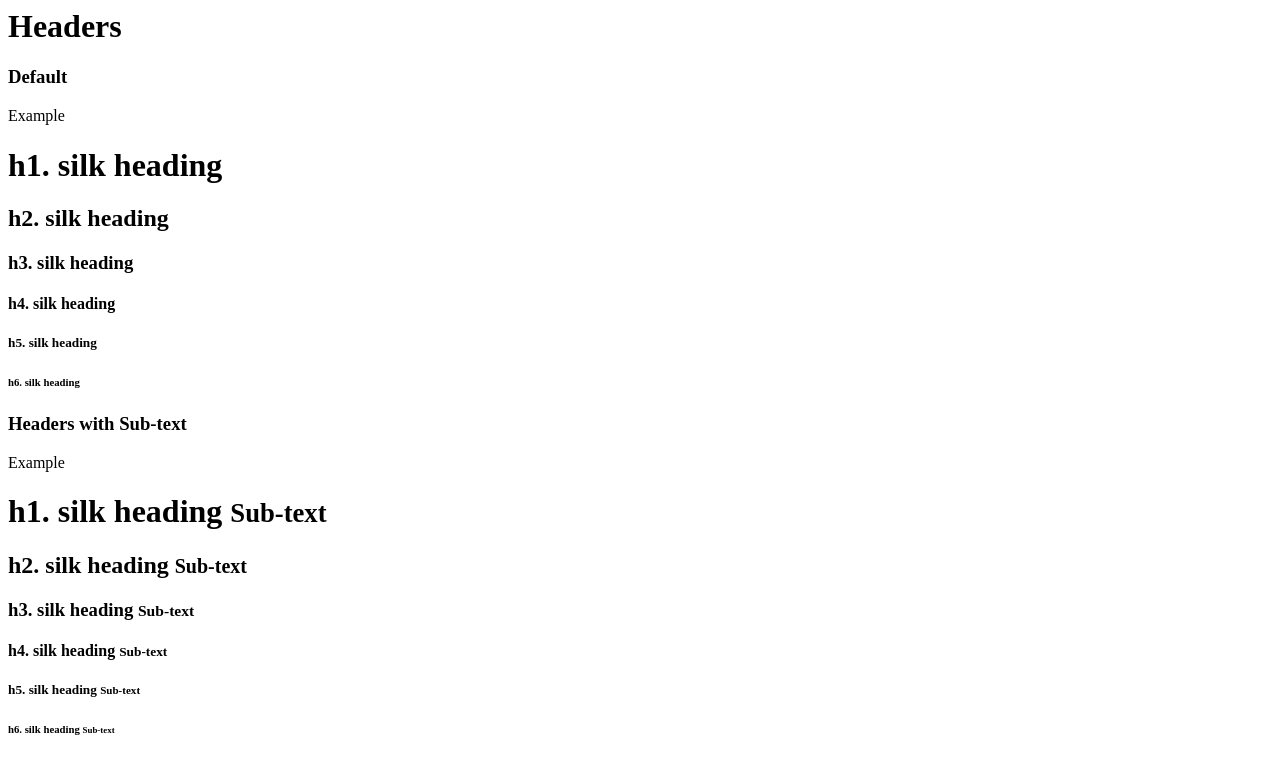
Repository: sympolinc/silk
Page: http://localhost/views/headings.php
The author's editor kept a record of every edit. The page is drawn from the files as they stood at one moment, then again after the next edit.
The browser window is 1280 px wide. The pictures show the whole page.
The page is run by PHP 8.4 with error messages shown; the project is at /var/www/html/.

Above is the page before.

### views/headings.php
<div class="section">
    <h1>Headers</h1>
    <div class="section">
        <h3>Default</h3>
        <div class="silk-example">
            <span class="lang">Example</span>
            <div data-example>
                <h1 class="no-toc">h1. silk heading</h1>
                <h2 class="no-toc">h2. silk heading</h2>
                <h3 class="no-toc">h3. silk heading</h3>
                <h4 class="no-toc">h4. silk heading</h4>
                <h5 class="no-toc">h5. silk heading</h5>
                <h6 class="no-toc">h6. silk heading</h6>
            </div>
        </div>
    </div>
    <div class="section">
        <h3>Headers with Sub-text</h3>
        <div class="silk-example">
            <span class="lang">Example</span>
            <div data-example>
                <h1 class="no-toc">h1. silk heading
                    <small>Sub-text</small>
                </h1>
                <h2 class="no-toc">h2. silk heading
                    <small>Sub-text</small>
                </h2>
                <h3 class="no-toc">h3. silk heading
                    <small>Sub-text</small>
                </h3>
                <h4 class="no-toc">h4. silk heading
                    <small>Sub-text</small>
                </h4>
                <h5 class="no-toc">h5. silk heading
                    <small>Sub-text</small>
                </h5>
                <h6 class="no-toc">h6. silk heading
                    <small>Sub-text</small>
                </h6>
            </div>
        </div>
    </div>
</div>

After the next edit:
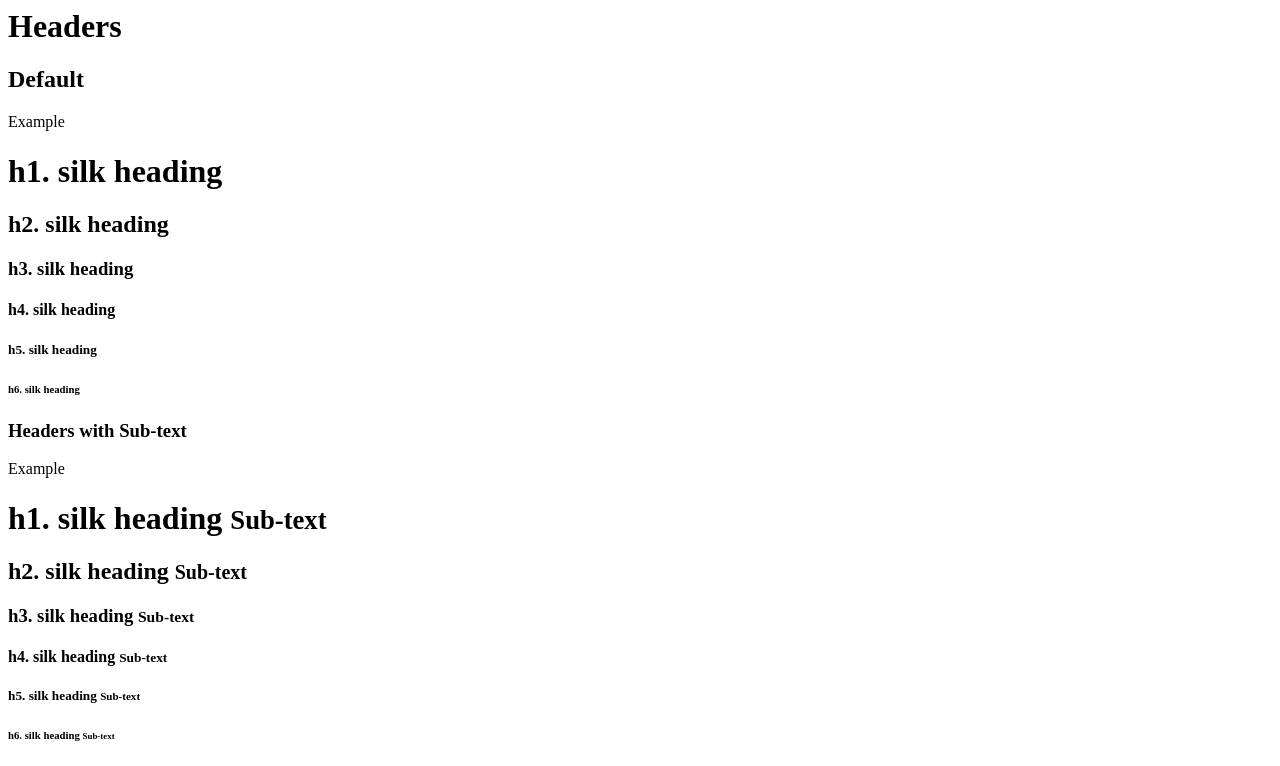
The edit:
--- a/views/headings.php
+++ b/views/headings.php
@@ -1,7 +1,7 @@
 <div class="section">
     <h1>Headers</h1>
     <div class="section">
-        <h3>Default</h3>
+        <h2>Default</h2>
         <div class="silk-example">
             <span class="lang">Example</span>
             <div data-example>
